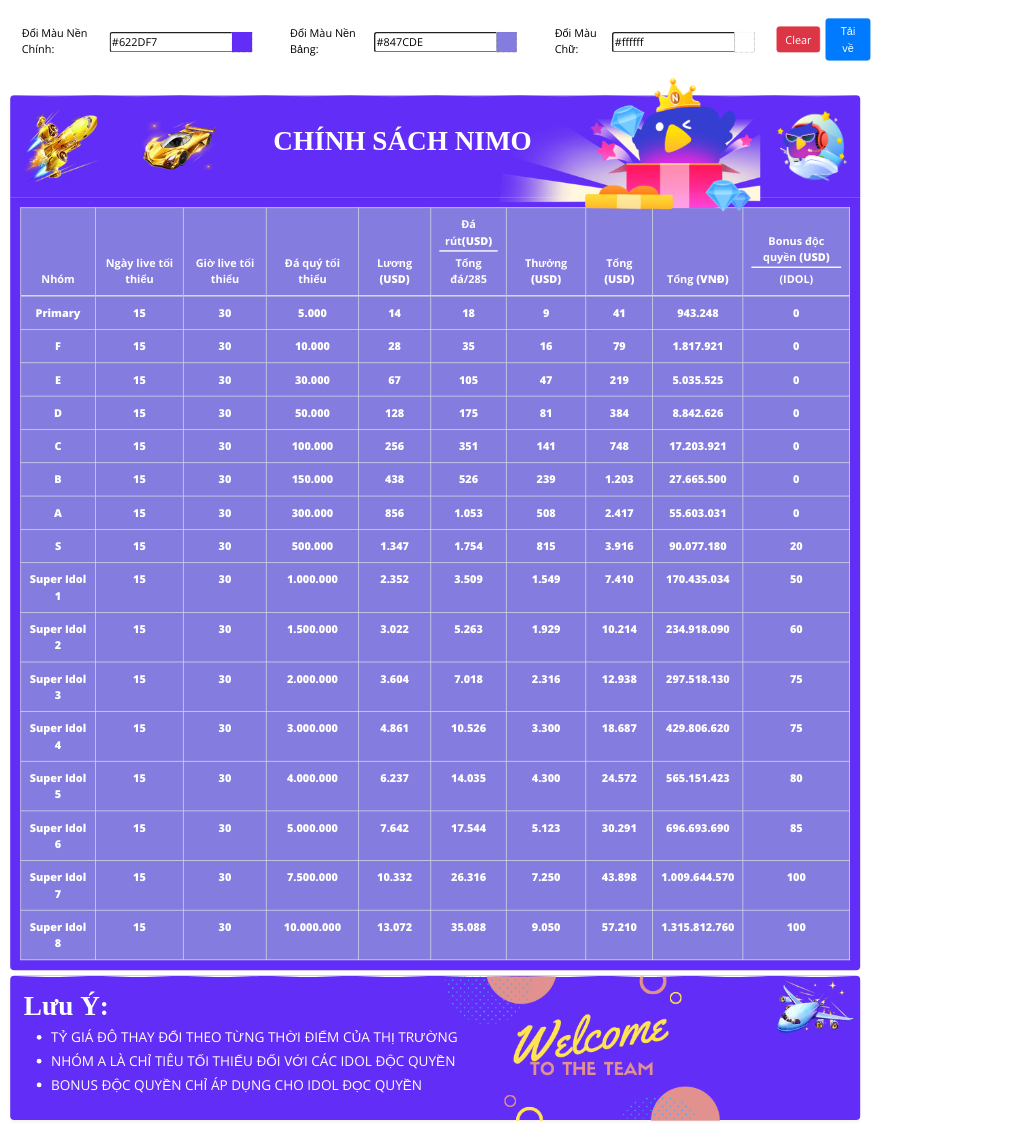
Repository: dav1601/nimo-work
Page: http://localhost/
An editor plug-in stored every save of this project. The page is shown before and after a run of saves, followed by the edit.
The browser window is 1280 px wide. The page is 1515 px wide, so the pictures cover 1515 px, including what lies to the right of the window. The pictures show the whole page, at 68% of full size.
The page is run by PHP 8.4 with error messages shown; the project is at /var/www/html/.

Above is the page before, as saved 2022-04-15 15:37:54.

After the next 3 saves:
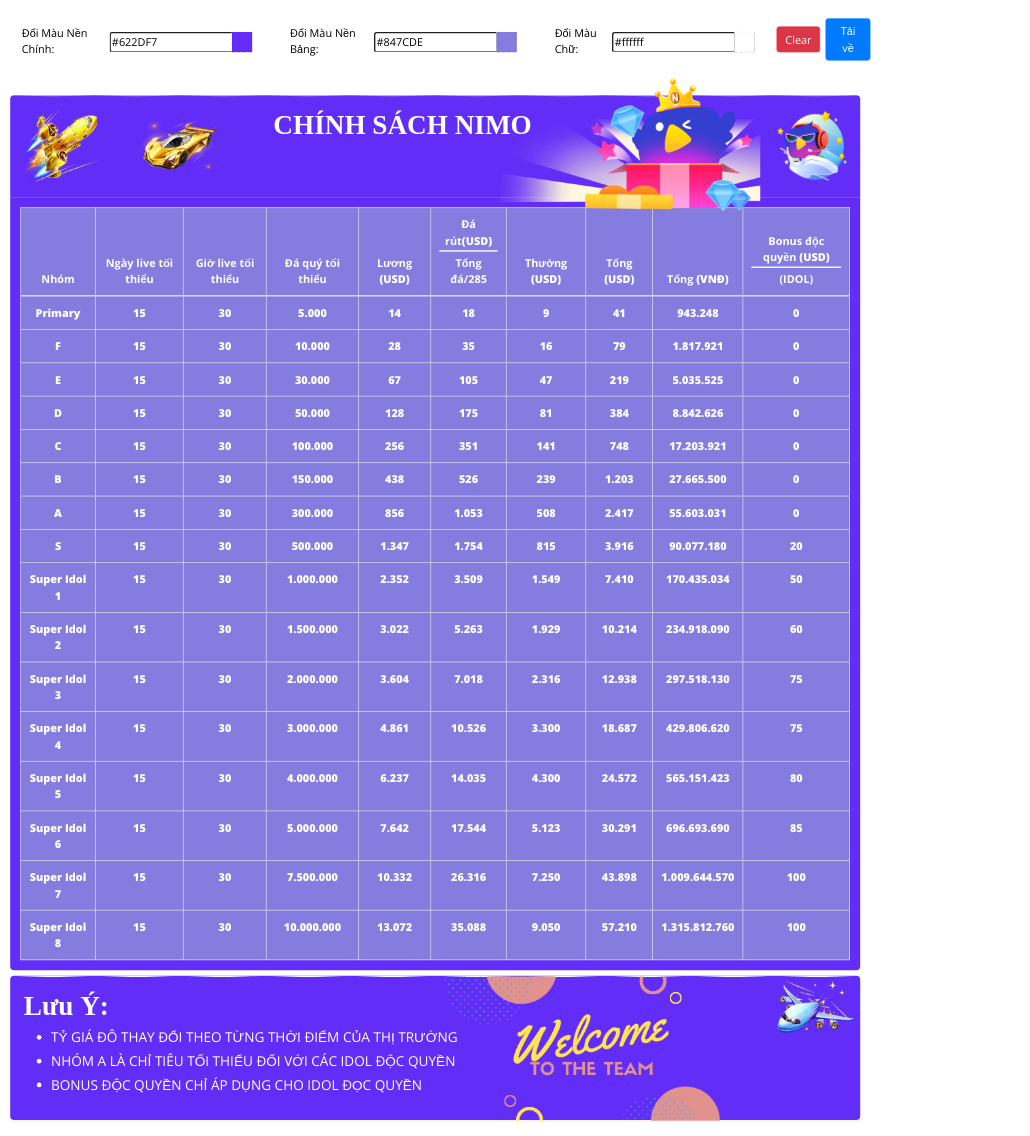
The 3 saves are shown as one change because they came seconds apart.
The last was saved 55 s later.
--- a/index.php
+++ b/index.php
@@ -281,7 +281,7 @@
                     <img src="img/img-6.png" alt="">
                 </div>
                 <div class="d-flex justify-content-center align-items-center">
-                    <h1 class="text-center text-uppercase  mt-4 d-inline-block" style="margin-right: 6rem!important;">
+                    <h1 class="text-center text-uppercase   d-inline-block main-header" style="margin-right: 6rem!important;">
                         Chính sách Nimo</h1>
                 </div>
             </header>
